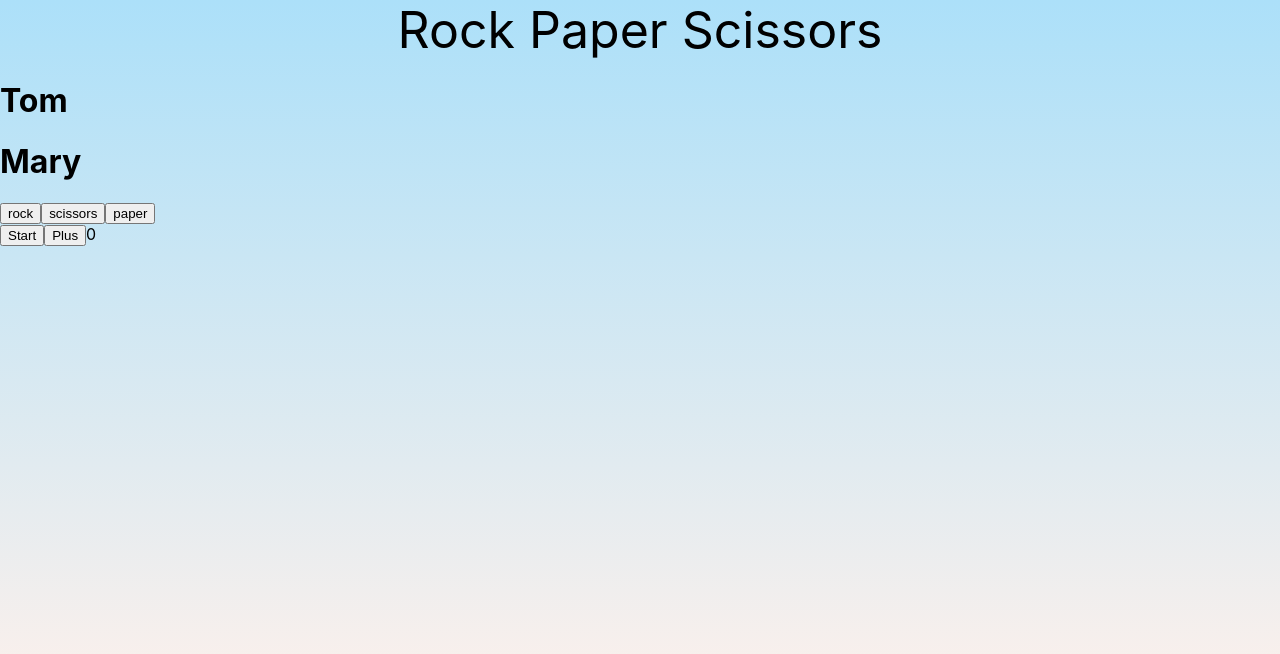
Repository: K009/Rock-Paper-Scissors
Page: /
An editor plug-in stored every save of this project. The page is shown before and after the next save, followed by the edit.
The browser window is 1280 px wide. The pictures show the whole page.
The project was rebuilt for these pictures with package versions that can differ from the ones it lists, and the page was loaded fresh each time.

Above is the page before, as saved 2020-05-12 09:18:23.

### src/App.js
import React, { Component } from "react";
import "./App.css";
import Player from "./components/Player";

const weapon = ["rock", "paper", "scissors"];

class App extends Component {
  constructor() {
    super();
    this.state = {
      playerOne: weapon[0],
      playerTwo: weapon[0],
      winner: "",
    };
    this.state = { counter: 0 };
  }

  startGame = () => {
    let counter = 0;
    let gameInterval = setInterval(() => {
      //to make a delay
      counter++;
      console.log(counter);
      this.setState({
        playerTwo: weapon[Math.floor(Math.random() * weapon.length)],
        winner: "",
      });
      if (counter > 5) {
        clearInterval(gameInterval);
        this.setState({
          winner: this.selectWinner(),
        });
      }
    }, 100);
  };

  selectWinner = () => {
    const { playerOne, playerTwo } = this.state;
    console.log("Player One: " + playerOne + "Player Two: " + playerTwo);
    if (playerOne === playerTwo) {
      console.log("It's a tie");
      return "It's a tie";
    } else if (
      (playerOne === "rock" && playerTwo === "scissors") ||
      (playerOne === "paper" && playerTwo === "rock") ||
      (playerOne === "scissors" && playerTwo === "paper")
    ) {
      return "Player one wins!";
    } else {
      return "Player two wins!";
    }
  };

  selectWeapon = (weapon) => {
    //in argument it gets a value that is going to be set for playerOne
    this.setState({
      playerOne: weapon, //here it gets changed
      winner: "", //winner without any changes - still ""
    });
  };

  increment() {
    this.setState({
      counter: this.state.counter + 1,
    });
  }

  render() {
    const { playerOne, playerTwo, winner } = this.state;
    return (
      <div className="App">
        <div className="Title">Rock Paper Scissors</div>
        <div className="Players">
          <Player playerName="Tom" weapon={playerOne} />
          <Player playerName="Mary" weapon={playerTwo} />
        </div>
        <div>
          <button className="weapon" onClick={() => this.selectWeapon("rock")}>
            rock
          </button>
          <button
            className="weapon"
            onClick={() => this.selectWeapon("scissors")}
          >
            scissors
          </button>
          <button className="weapon" onClick={() => this.selectWeapon("paper")}>
            paper
          </button>
        </div>
        <div className="winner">{winner ? this.selectWinner() : null}</div>
        <button className="start" onClick={this.startGame}>
          Start
        </button>
        <button onClick={this.increment.bind(this)}>Plus</button>
        <output>{this.state.counter}</output>
      </div>
    );
  }
}

export default App;

### src/App.css
.App {
  min-height: 100vh;
  background-image: linear-gradient(to top, #fff1eb 0%, #ace0f9 100%);
}

.Title {
  font-size: 50px;
  text-align: center;
  justify-content: space-around;

  display: flex;
  flex-wrap: wrap;
}

### src/components/Player.js
import React from "react";
//import style from "./player.module.css";

const Player = ({ playerName }) => {
  return (
    <div>
      <h1>{playerName}</h1>
    </div>
  );
};

export default Player;

Loaded but not shown: public/index.html (common file); src/index.js (common file); src/index.css (common file); src/serviceWorker.js (common file)

After the next save:
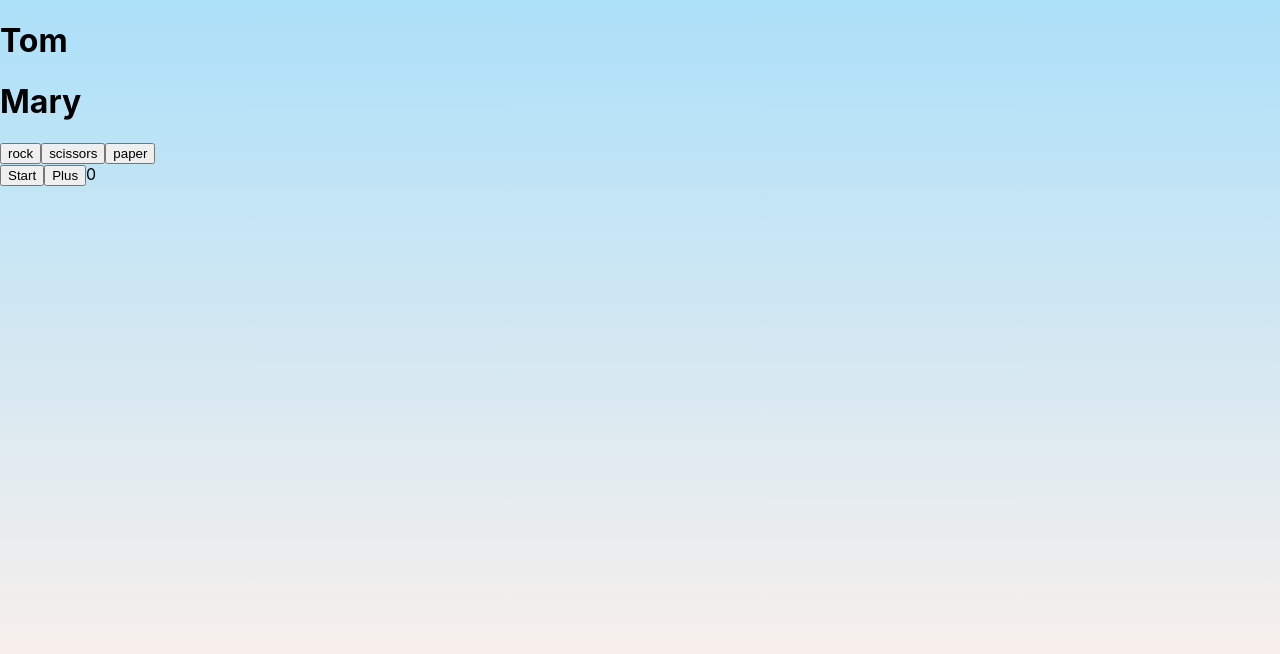
Saved 23 h 11 min later.
--- a/src/App.js
+++ b/src/App.js
@@ -69,7 +69,7 @@ class App extends Component {
     const { playerOne, playerTwo, winner } = this.state;
     return (
       <div className="App">
-        <div className="Title">Rock Paper Scissors</div>
+        <div className="Title"> </div>
         <div className="Players">
           <Player playerName="Tom" weapon={playerOne} />
           <Player playerName="Mary" weapon={playerTwo} />
